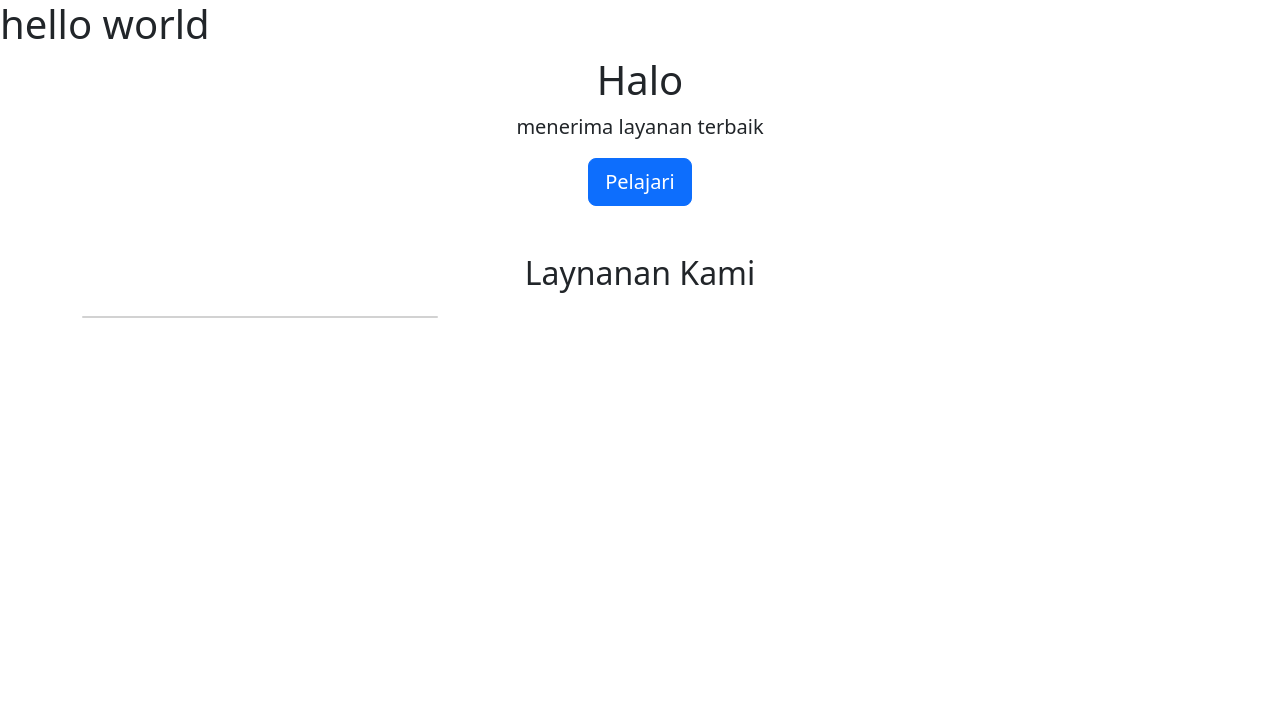
Repository: keyx-alt/pemrograman_web
Page: latihan24.html
The author's editor kept a copy of each file at every save. The page is drawn from the files as they stood at one save, then again after the next save.
The browser window is 1280 px wide. The pictures show the whole page.

Above is the page before, as saved 2026-04-30 14:08:58.

After the next save:
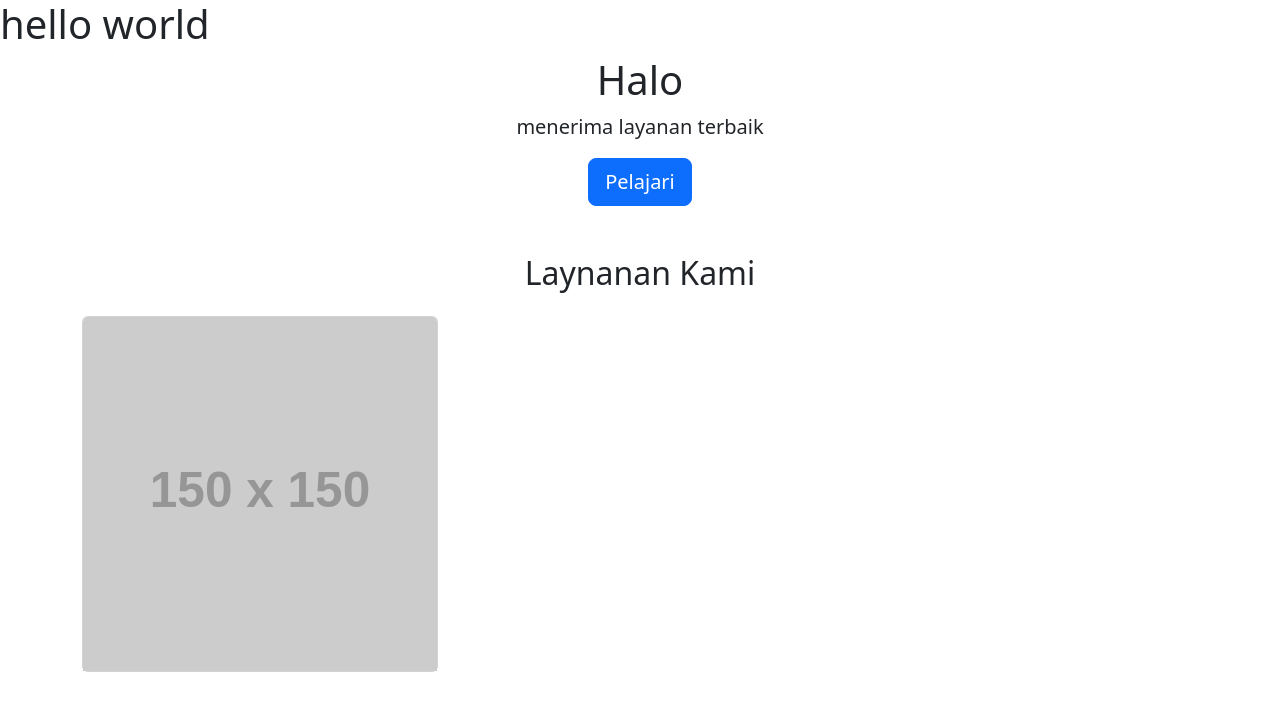
Saved 4 min 8 s later.
--- a/latihan24.html
+++ b/latihan24.html
@@ -24,11 +24,10 @@
         <div class="row">
             <div class="col-md-4 fade-in-up">
                 <div class="card hover-scale">
-
+                    <img src="https://via.placeholder.com/150" class="card-img-top" alt="Layanan 1">
                 </div>
             </div>
         </div>
-
     </section>
 
 
